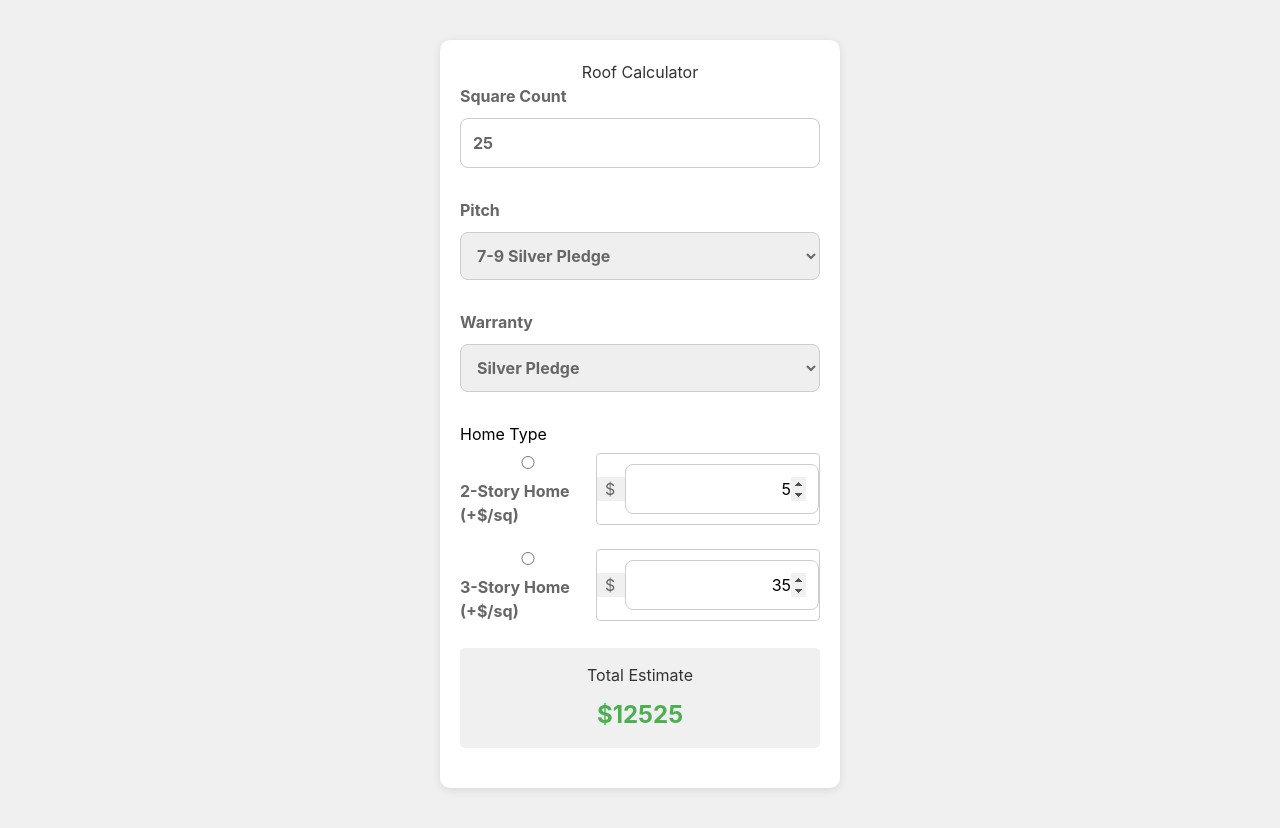
Repository: Tripp-L/roof-calc-app
Page: /
An editor plug-in stored every save of this project. The page is shown before and after the next save, followed by the edit.
The browser window is 1280 px wide. The pictures show the whole page.
The project was rebuilt for these pictures with package versions that can differ from the ones it lists, and the page was loaded fresh each time.

Above is the page before, as saved 2024-10-13 23:05:20.

After the next save:
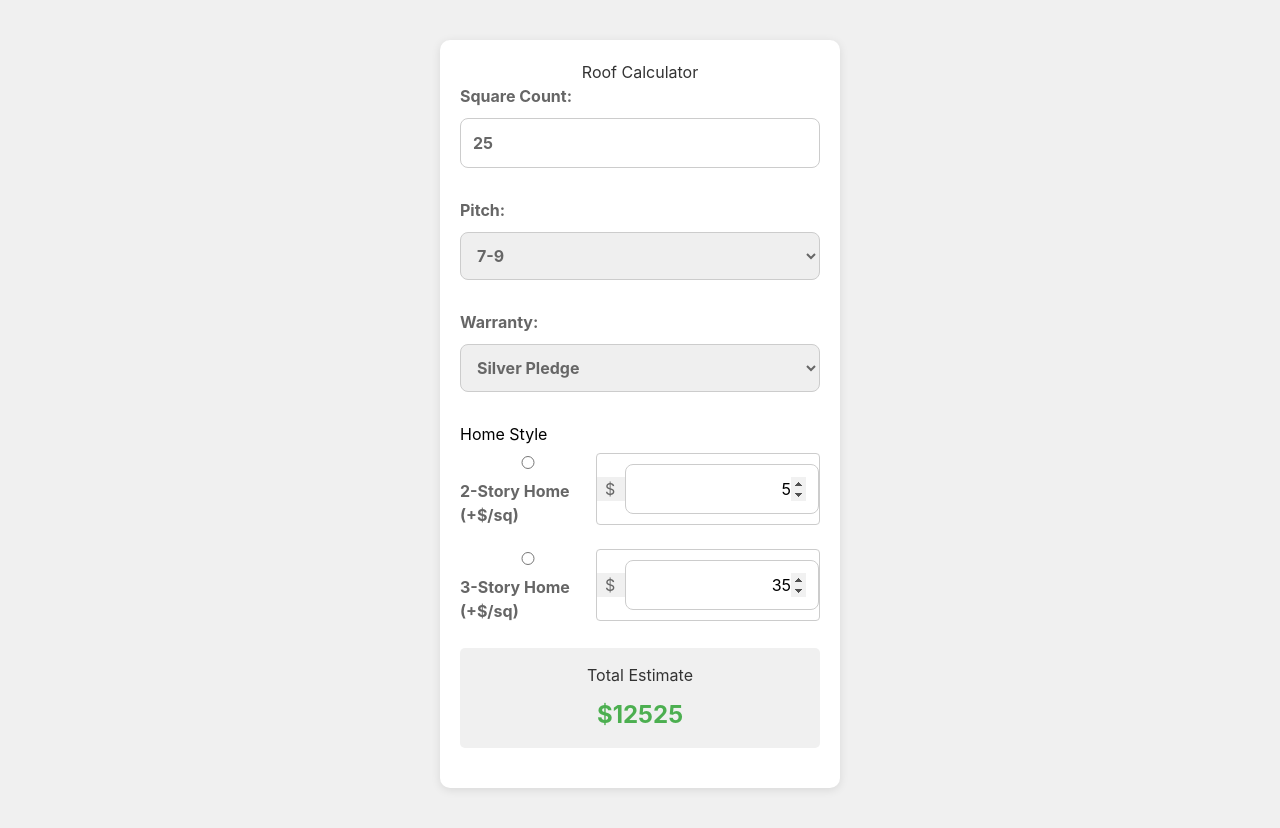
Saved 115 s later.
--- a/src/RoofCalculator.js
+++ b/src/RoofCalculator.js
@@ -3,20 +3,21 @@ import './RoofCalculator.css'; // Make sure to create this CSS file
 
 const RoofCalculator = () => {
   const [squareCount, setSquareCount] = useState(25);
-  const [pitch, setPitch] = useState('7-9 Silver Pledge');
+  const [pitch, setPitch] = useState('7-9');
   const [warranty, setWarranty] = useState('Silver Pledge');
   const [twoStoryPrice, setTwoStoryPrice] = useState(5);
   const [threeStoryPrice, setThreeStoryPrice] = useState(35);
   const [selectedHomeType, setSelectedHomeType] = useState('');
 
   const pricePerSq = 450;
+  const roofOnlyPrice = 11250;
   const warrantyCosts = {
     'Silver Pledge': 400,
     'Golden Pledge': 500
   };
   const pitchAdders = {
-    '7-9 Silver Pledge': 875,
-    '10-12 Golden Pledge': 1375
+    '7-9': 875,
+    '10-12': 1375
   };
 
   const adjustPrice = (setter, value) => {
@@ -39,7 +40,7 @@ const RoofCalculator = () => {
 
       <div className="calculator-section">
         <label>
-          Square Count
+          Square Count:
           <input
             type="number"
             value={squareCount}
@@ -51,17 +52,17 @@ const RoofCalculator = () => {
 
       <div className="calculator-section">
         <label>
-          Pitch
+          Pitch:
           <select value={pitch} onChange={(e) => setPitch(e.target.value)}>
-            <option value="7-9 Silver Pledge">7-9 Silver Pledge</option>
-            <option value="10-12 Golden Pledge">10-12 Golden Pledge</option>
+            <option value="7-9">7-9</option>
+            <option value="10-12">10-12</option>
           </select>
         </label>
       </div>
 
       <div className="calculator-section">
         <label>
-          Warranty
+          Warranty:
           <select value={warranty} onChange={(e) => setWarranty(e.target.value)}>
             <option value="Silver Pledge">Silver Pledge</option>
             <option value="Golden Pledge">Golden Pledge</option>
@@ -70,7 +71,7 @@ const RoofCalculator = () => {
       </div>
 
       <div className="calculator-section">
-        <h3>Home Type</h3>
+        <h3>Home Style</h3>
         <div className="home-type-option">
           <label>
             <input
